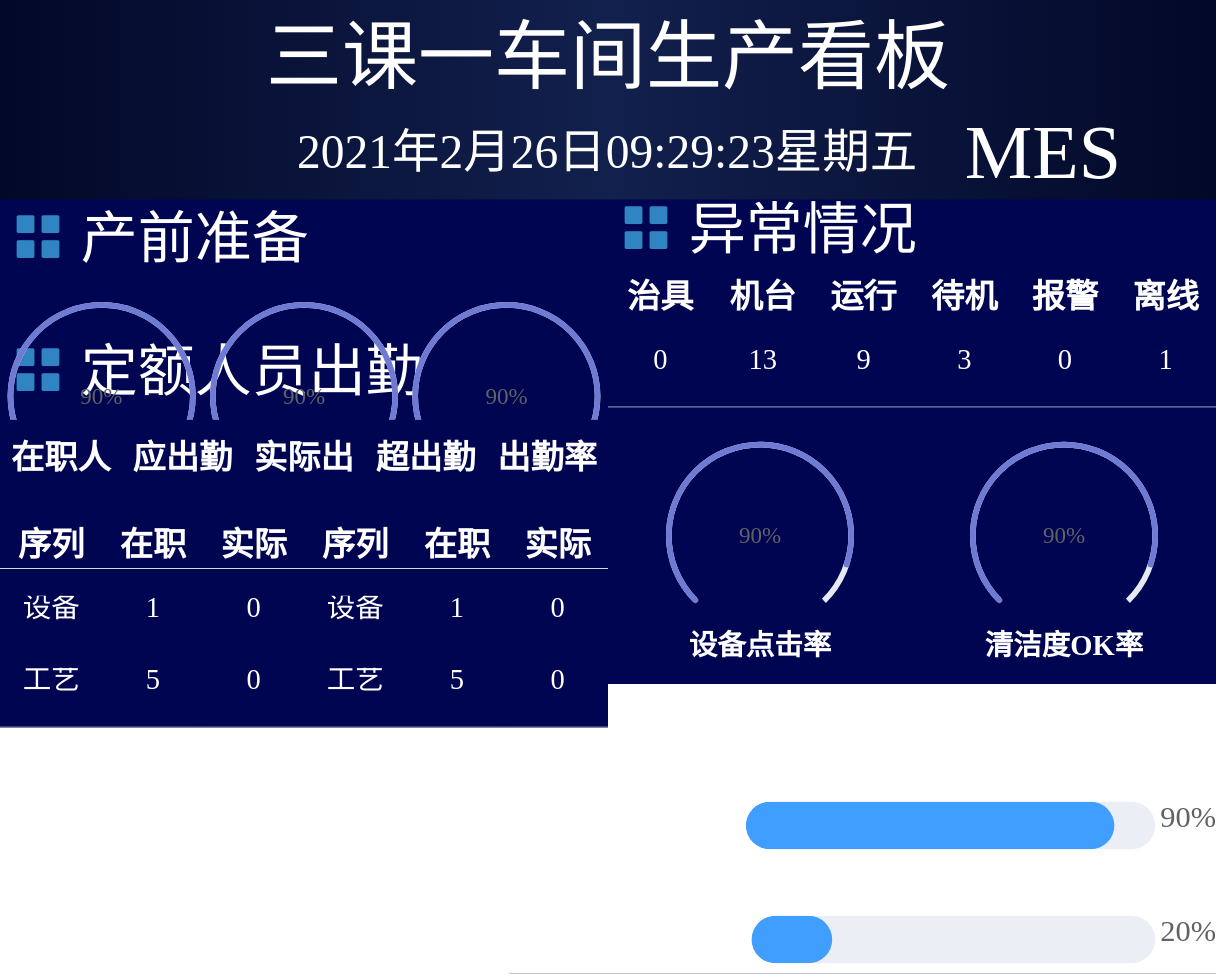
Repository: Bimbaloo/pv-view
Page: a.html
The author's editor kept a copy of each file at every save. The page is drawn from the files as they stood at one save, then again after the next save.
The browser window is 1280 px wide. The pictures show the whole page, at 95% of full size.

Above is the page before, as saved 2021-05-14 14:43:14.
Console error: ReferenceError: echarts is not defined

After the next save:
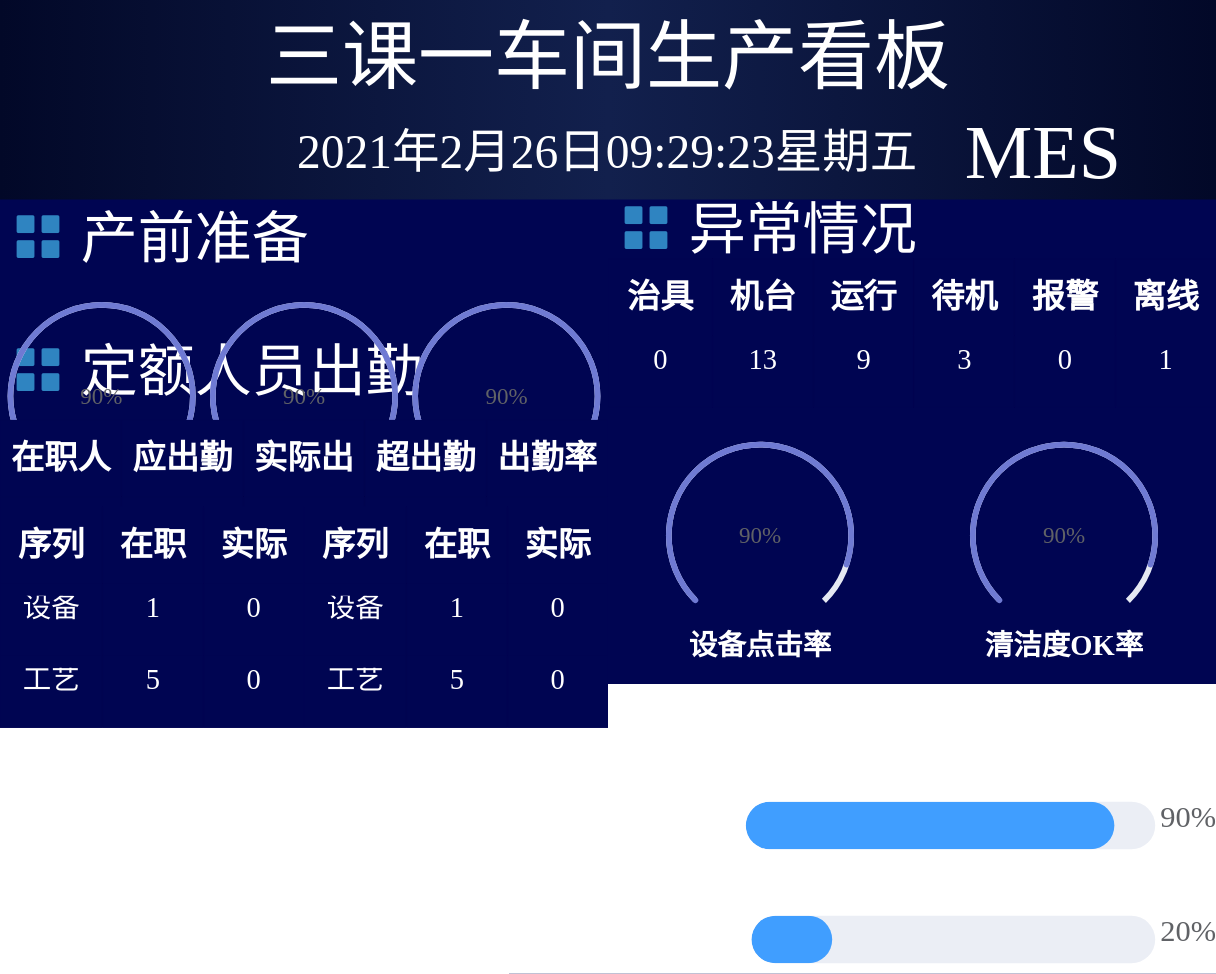
Saved 17 s later.
--- a/base.css
+++ b/base.css
@@ -172,5 +172,5 @@
 }
 
 .el-table::before {
-
+  height :0
 }
